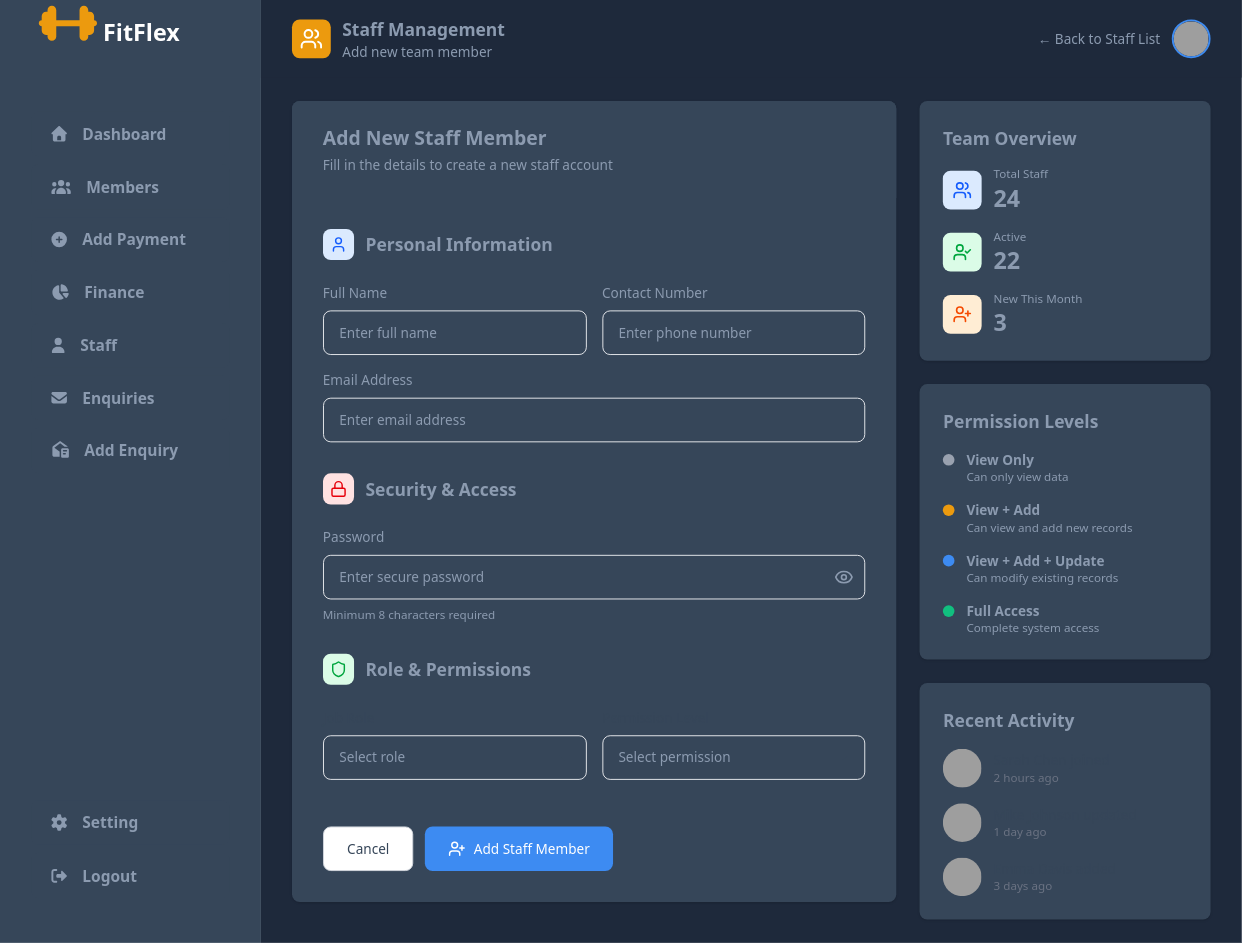
Repository: MuhammadTalhaTaj/gym_management_app_backend
Page: /addstaff (app in frontend/)
These files come from the project's save history. The page is drawn as it stood at one moment and after the next save; the edit follows.
The browser window is 1280 px wide. The pictures show the whole page, at 97% of full size.
Pictures or frames that could not be fetched are drawn as grey boxes. The project was rebuilt for these pictures with package versions that can differ from the ones it lists, and the page was loaded fresh each time. Also part of the build but not shown: frontend/vite.config.ts, frontend/src/assets/styles/AdminHeader.css, frontend/src/Components/AdminHeader.tsx, frontend/src/assets/styles/AdminDashboard.css, frontend/src/hooks/useDashboardData.ts, frontend/src/assets/styles/AdminDashboardStats.css, frontend/src/Components/AdminDashboardStats.tsx, frontend/src/Components/IncomeExpenseChart.tsx and 31 more.

Above is the page before, as saved 2025-11-21 10:47:54.

### frontend/index.html
<!doctype html>
<html lang="en">

<head>
  <meta charset="UTF-8" />
  <link rel="icon" type="image/svg+xml" href="/vite.svg" />
  <meta name="viewport" content="width=device-width, initial-scale=1.0" />
  <title>GymManagement</title>
  <link rel="preconnect" href="https://fonts.googleapis.com" />
  <link rel="preconnect" href="https://fonts.gstatic.com" crossorigin />
  <link rel="stylesheet" href="https://fonts.googleapis.com/css2?family=Roboto:wght@300;400;500;700&display=swap" />

</head>

<body>
  <div id="root"></div>
  <script type="module" src="/src/main.tsx"></script>
</body>

</html>

### frontend/src/index.css
@import "tailwindcss";
:root{
  padding: 0;
  margin: 0;
  box-sizing: border-box;
  --primary-100:#364659;
  --primary-200:#1E293B;
  --primary-300:#8C9BB0;
  --secondary-100: #EC9A0E;
  --secondary-200:#595446;
  --tertiary-100: #F24949;
  --tertiary-100-30: #584252;
  --tertiary-200: #F47117;
  --tertiary-200-30: #5A4B48;
  --tertiary-300: #11BF7F;
  --tertiary-300-30: #2B595E;
  --tertiary-400: #3D8BF2;
  --tertiary-400-30: #344E75;
  --tertiary-500: #94A3B8;
  --tertiary-600: #1E293B;
}
body{
  padding: 0;
  margin: 0;
}
.adminMain{
  display: flex;
  margin: 0;
  justify-content: space-between;
  padding: 0;
  /* border: 2px solid blue; */
}
@media all and (max-width:700px) {
  .adminMain{
    flex-direction: column;
  }
}

### frontend/src/Components/ProtectedRoute.tsx
import React, { useEffect, useState } from "react";
// import { Navigate } from "react-router-dom";
import { apiRequest } from "../config/api";

type Props = {
  children: React.ReactNode;
};

const getStoredToken = (): string | null => {
  return localStorage.getItem("accessToken") || sessionStorage.getItem("accessToken");
};

export default function ProtectedRoute({ children }: Props) {
  const [status, setStatus] = useState<"pending" | "ok" | "unauth">("pending");

  useEffect(() => {
    let mounted = true;

    const token = getStoredToken();
    if (!token) {
      // no token -> immediately unauth
      if (mounted) setStatus("unauth");
      return;
    }

    const validate = async () => {
      try {
        // call backend authenticate endpoint
        const res = await apiRequest<{ success?: boolean; message?: string; userId?: string }>({
          method: "GET",
          endpoint: "/auth/authenticate"
        });

        // backend returns success:true on valid token
        if (mounted && res && (res as any).success === true) {
          setStatus("ok");
        } else {
          // treat missing success flag as unauth
          if (mounted) setStatus("unauth");
        }
      } catch (err) {
        // any error -> unauth
        if (mounted) setStatus("unauth");
      }
    };

    validate();

    return () => { mounted = false; };
  }, []);

  if (status === "pending") {
    // while checking, render nothing (keep UI/layout unchanged)
    return null;
  }

  if (status === "unauth") {
    // clear tokens to ensure clean state, then redirect
    try {
      localStorage.removeItem("accessToken");
      sessionStorage.removeItem("accessToken");
    } catch (e) {
      // ignore
    }
    // return <Navigate to="/login" replace />;
  }

  // auth ok
  return <>{children}</>;
}

### frontend/src/context/AuthContext.tsx
// src/context/AuthContext.tsx (example)
import React, { createContext, useEffect } from "react";
import { onAuthFailure,
  // setAccessToken as storeAccessToken,
   clearTokens } from "../config/auth";
import { useNavigate } from "react-router-dom";

export const AuthContext = createContext<any>(null);

export const AuthProvider: React.FC<{children:any}> = ({ children }) => {
  const navigate = useNavigate();

  useEffect(() => {
    onAuthFailure(() => {
      // clear local tokens and redirect to login
      clearTokens();
      navigate("/login");
    });
  }, [navigate]);

  return <AuthContext.Provider value={{}}>{children}</AuthContext.Provider>;
};

### frontend/src/pages/Admin/AddStaff.tsx
import React, { useState } from 'react';
import { Eye, EyeOff, Users, UserCheck, UserPlus, Shield, User, Lock } from 'lucide-react';

// Data file - export this to a separate file in your project (e.g., staffData.js)
export const staffData = {
  teamOverview: {
    totalStaff: 24,
    activeStaff: 22,
    newThisMonth: 3
  },
  permissionLevels: [
    {
      id: 'view-only',
      name: 'View Only',
      description: 'Can only view data',
      color: 'bg-gray-400'
    },
    {
      id: 'view-add',
      name: 'View + Add',
      description: 'Can view and add new records',
      color: 'bg-[var(--secondary-100)]'
    },
    {
      id: 'view-add-update',
      name: 'View + Add + Update',
      description: 'Can modify existing records',
      color: 'bg-[var(--tertiary-400)]'
    },
    {
      id: 'full-access',
      name: 'Full Access',
      description: 'Complete system access',
      color: 'bg-[var(--tertiary-300)]'
    }
  ],
  recentActivity: [
    {
      id: 1,
      name: 'Sarah Chen',
      action: 'joined',
      time: '2 hours ago',
      avatar: 'https://i.pravatar.cc/150?img=1'
    },
    {
      id: 2,
      name: 'Mike Johnson',
      action: 'updated',
      time: '1 day ago',
      avatar: 'https://i.pravatar.cc/150?img=2'
    },
    {
      id: 3,
      name: 'Emma Davis',
      action: 'added',
      time: '3 days ago',
      avatar: 'https://i.pravatar.cc/150?img=3'
    }
  ],
  jobRoles: [
    'Select role',
    'Administrator',
    'Manager',
    'Developer',
    'Designer',
    'Analyst',
    'Support Staff'
  ],
  permissions: [
    'Select permission',
    'View Only',
    'View + Add',
    'View + Add + Update',
    'Full Access'
  ]
};

// Reusable Components
const Card = ({ children, className = '' }) => (
  <div className={`bg-[var(--primary-100)] rounded-lg shadow-sm ${className}`}>
    {children}
  </div>
);

const Input = ({ label, placeholder, type = 'text', value, onChange, showPasswordToggle, onTogglePassword, showPassword, helperText }) => (
  <div className="flex flex-col gap-2 ">
    {label && (
      <label className="text-sm font-medium text-[var(--primary-300)]">
        {label}
      </label>
    )}
    <div className="relative">
      <input
        type={type}
        placeholder={placeholder}
        value={value}
        onChange={onChange}
        className="w-full px-4 py-3 bg-[var(--primary-100)] border border-gray-200 rounded-lg text-sm text-[var(--primary-300)] placeholder-[var(--primary-300)] focus:outline-none focus:ring-2 focus:ring-[var(--tertiary-400)] focus:border-transparent transition-all"
      />
      {showPasswordToggle && (
        <button
          type="button"
          onClick={onTogglePassword}
          className="absolute right-3 top-1/2 -translate-y-1/2 text-[var(--primary-300)] hover:text-[var(--primary-100)] transition-colors"
        >
          {showPassword ? <EyeOff size={20} /> : <Eye size={20} />}
        </button>
      )}
    </div>
    {helperText && (
      <span className="text-xs text-[var(--primary-300)]">{helperText}</span>
    )}
  </div>
);

const Select = ({ label, options, value, onChange }) => (
  <div className="flex flex-col gap-2">
    {label && (
      <label className="text-sm font-medium text-[var(--primary-100)]">
        {label}
      </label>
    )}
    <select
      value={value}
      onChange={onChange}
      className="w-full px-4 py-3 bg-[var(--primary-100)] border border-gray-200 rounded-lg text-sm text-[var(--primary-300)] focus:outline-none focus:ring-2 focus:ring-[var(--tertiary-400)] focus:border-transparent transition-all appearance-none cursor-pointer"
      style={{
        backgroundImage: `url("data:[embedded picture, 161 characters]")`,
        backgroundRepeat: 'no-repeat',
        backgroundPosition: 'right 1rem center'
      }}
    >
      {options.map((option, index) => (
        <option key={index} value={option}>
          {option}
        </option>
      ))}
    </select>
  </div>
);

const Button = ({ children, variant = 'primary', onClick, icon: Icon }) => {
  const variants = {
    primary: 'bg-[var(--tertiary-400)] hover:bg-[var(--tertiary-400)]/90 text-white',
    secondary: 'bg-white hover:bg-gray-50 text-[var(--primary-100)] border border-gray-300'
  };

  return (
    <button
      onClick={onClick}
      className={`px-6 py-3 rounded-lg font-medium text-sm transition-all flex items-center justify-center gap-2 ${variants[variant]}`}
    >
      {Icon && <Icon size={18} />}
      {children}
    </button>
  );
};

const StatsCard = ({ icon: Icon, label, value, iconBg, iconColor }) => (
  <div className="flex items-center gap-3">
    <div className={`w-10 h-10 rounded-lg ${iconBg} flex items-center justify-center`}>
      <Icon size={20} className={iconColor} />
    </div>
    <div>
      <p className="text-xs text-[var(--primary-300)]">{label}</p>
      <p className="text-2xl font-bold text-[var(--primary-300)]">{value}</p>
    </div>
  </div>
);

const ActivityItem = ({ activity }) => (
  <div className="flex items-center gap-3">
    <img
      src={activity.avatar}
      alt={activity.name}
      className="w-10 h-10 rounded-full object-cover"
    />
    <div className="flex-1">
      <p className="text-sm font-medium text-[var(--primary-100)]">
        {activity.name} {activity.action}
      </p>
      <p className="text-xs text-gray-500">{activity.time}</p>
    </div>
  </div>
);

const PermissionItem = ({ permission }) => (
  <div className="flex items-start gap-3">
    <div className={`w-3 h-3 rounded-full ${permission.color} mt-1`}></div>
    <div className="flex-1">
      <p className="text-sm font-semibold text-[var(--primary-300)]">{permission.name}</p>
      <p className="text-xs text-[var(--primary-300)]">{permission.description}</p>
    </div>
  </div>
);

const SectionHeader = ({ icon: Icon, title, iconBg, iconColor }) => (
  <div className="flex items-center gap-3 mb-6">
    <div className={`w-8 h-8 rounded-lg ${iconBg} flex items-center justify-center`}>
      <Icon size={18} className={iconColor} />
    </div>
    <h3 className="text-lg font-semibold text-[var(--primary-300)]">{title}</h3>
  </div>
);

// Main Component
const AddStaff = () => {
  const [formData, setFormData] = useState({
    fullName: '',
    contactNumber: '',
    email: '',
    password: '',
    jobRole: staffData.jobRoles[0],
    permission: staffData.permissions[0]
  });

  const [showPassword, setShowPassword] = useState(false);

  const handleInputChange = (field) => (e) => {
    setFormData(prev => ({ ...prev, [field]: e.target.value }));
  };

  const handleSubmit = () => {
    console.log('Form submitted:', formData);
    // Add your form submission logic here
  };

  const handleCancel = () => {
    setFormData({
      fullName: '',
      contactNumber: '',
      email: '',
      password: '',
      jobRole: staffData.jobRoles[0],
      permission: staffData.permissions[0]
    });
  };

  return (
    <div className="min-h-screen w-full bg-[var(--primary-200)]">
      {/* Header */}
      <header className="bg-[var(--primary-200)] text-white px-4 sm:px-6 lg:px-8 py-4">
        <div className="max-w-7xl mx-auto flex items-center justify-between">
          <div className="flex items-center gap-3">
            <div className="w-10 h-10 bg-[var(--secondary-100)] rounded-lg flex items-center justify-center">
              <Users size={24} />
            </div>
            <div>
              <h1 className="text-lg font-semibold text-[var(--primary-300)]">Staff Management</h1>
              <p className="text-sm text-[var(--primary-300)]">Add new team member</p>
            </div>
          </div>
          <div className="flex items-center gap-3">
            <button className="flex items-center text-[var(--primary-300)] gap-2 text-sm hover:text-gray-300 transition-colors">
              <span className="hidden sm:inline">← Back to Staff List</span>
              <span className="sm:hidden">← Back</span>
            </button>
            <img
              src="https://i.pravatar.cc/150?img=5"
              alt="User"
              className="w-10 h-10 rounded-full object-cover border-2 border-[var(--tertiary-400)]"
            />
          </div>
        </div>
      </header>

      {/* Main Content */}
      <main className="max-w-7xl mx-auto px-4 sm:px-6 lg:px-8 py-6">
        <div className="grid grid-cols-1 lg:grid-cols-3 gap-6">
          {/* Left Column - Form */}
          <div className="lg:col-span-2">
            <Card className="p-6 sm:p-8">
              {/* Form Header */}
              <div className="bg-[var(--primary-100)] text-[var(--primary-300)] -mx-6 sm:-mx-8 -mt-6 sm:-mt-8 px-6 sm:px-8 py-6 rounded-t-lg mb-8">
                <h2 className="text-xl font-bold mb-1">Add New Staff Member</h2>
                <p className="text-sm text-[var(--primary-300)]">Fill in the details to create a new staff account</p>
              </div>

              <div className="space-y-8">
                {/* Personal Information */}
                <div>
                  <SectionHeader
                    icon={User}
                    title="Personal Information"
                    iconBg="bg-blue-100"
                    iconColor="text-blue-600"
                  />
                  <div className="grid grid-cols-1 md:grid-cols-2 gap-4">
                    <Input
                      label="Full Name"
                      placeholder="Enter full name"
                      value={formData.fullName}
                      onChange={handleInputChange('fullName')}
                    />
                    <Input
                      label="Contact Number"
                      placeholder="Enter phone number"
                      type="tel"
                      value={formData.contactNumber}
                      onChange={handleInputChange('contactNumber')}
                    />
                  </div>
                  <div className="mt-4">
                    <Input
                      label="Email Address"
                      placeholder="Enter email address"
                      type="email"
                      value={formData.email}
                      onChange={handleInputChange('email')}
                    />
                  </div>
                </div>

                {/* Security & Access */}
                <div>
                  <SectionHeader
                    icon={Lock}
                    title="Security & Access"
                    iconBg="bg-red-100"
                    iconColor="text-red-600"
                  />
                  <Input
                    label="Password"
                    placeholder="Enter secure password"
                    type={showPassword ? 'text' : 'password'}
                    value={formData.password}
                    onChange={handleInputChange('password')}
                    showPasswordToggle
                    onTogglePassword={() => setShowPassword(!showPassword)}
                    showPassword={showPassword}
                    helperText="Minimum 8 characters required"
                  />
                </div>

                {/* Role & Permissions */}
                <div>
                  <SectionHeader
                    icon={Shield}
                    title="Role & Permissions"
                    iconBg="bg-green-100"
                    iconColor="text-green-600"
                  />
                  <div className="grid grid-cols-1 md:grid-cols-2 gap-4">
                    <Select
                      label="Job Role"
                      options={staffData.jobRoles}
                      value={formData.jobRole}
                      onChange={handleInputChange('jobRole')}
                    />
                    <Select
                      label="Permission Level"
                      options={staffData.permissions}
                      value={formData.permission}
                      onChange={handleInputChange('permission')}
                    />
                  </div>
                </div>

                {/* Action Buttons */}
                <div className="flex flex-col sm:flex-row gap-3 pt-4">
                  <Button variant="secondary" onClick={handleCancel}>
                    Cancel
                  </Button>
                  <Button variant="primary" onClick={handleSubmit} icon={UserPlus}>
                    Add Staff Member
                  </Button>
                </div>
              </div>
            </Card>
          </div>

          {/* Right Column - Sidebar */}
          <div className="space-y-6">
            {/* Team Overview */}
            <Card className="p-6">
              <h3 className="text-lg font-semibold text-[var(--primary-300)] mb-4">Team Overview</h3>
              <div className="space-y-4">
                <StatsCard
                  icon={Users}
                  label="Total Staff"
                  value={staffData.teamOverview.totalStaff}
                  iconBg="bg-blue-100"
                  iconColor="text-blue-600"
                />
                <StatsCard
                  icon={UserCheck}
                  label="Active"
                  value={staffData.teamOverview.activeStaff}
                  iconBg="bg-green-100"
                  iconColor="text-green-600"
                />
                <StatsCard
                  icon={UserPlus}
                  label="New This Month"
                  value={staffData.teamOverview.newThisMonth}
                  iconBg="bg-orange-100"
                  iconColor="text-orange-600"
                />
              </div>
            </Card>

            {/* Permission Levels */}
            <Card className="p-6">
              <h3 className="text-lg font-semibold text-[var(--primary-300)] mb-4">Permission Levels</h3>
              <div className="space-y-4">
                {staffData.permissionLevels.map(permission => (
                  <PermissionItem key={permission.id} permission={permission} />
                ))}
              </div>
            </Card>

            {/* Recent Activity */}
            <Card className="p-6">
              <h3 className="text-lg font-semibold text-[var(--primary-300)] mb-4">Recent Activity</h3>
              <div className="space-y-4">
                {staffData.recentActivity.map(activity => (
                  <ActivityItem key={activity.id} activity={activity} />
                ))}
              </div>
            </Card>
          </div>
        </div>
      </main>
    </div>
  );
};

export default AddStaff;

### frontend/src/config/auth.ts
// src/config/auth.ts
const ACCESS_TOKEN_KEY = "accessToken";

/**
 * Read access token (prefers localStorage, fallbacks to sessionStorage)
 */
export function readAccessToken(): string | null {
  return localStorage.getItem(ACCESS_TOKEN_KEY) || sessionStorage.getItem(ACCESS_TOKEN_KEY);
}

/**
 * Store access token.
 * If `persist` true -> save to localStorage, otherwise sessionStorage.
 */
export function setAccessToken(token: string | null, persist = true) {
  if (!token) {
    localStorage.removeItem(ACCESS_TOKEN_KEY);
    sessionStorage.removeItem(ACCESS_TOKEN_KEY);
    return;
  }
  if (persist) {
    localStorage.setItem(ACCESS_TOKEN_KEY, token);
    sessionStorage.removeItem(ACCESS_TOKEN_KEY);
  } else {
    sessionStorage.setItem(ACCESS_TOKEN_KEY, token);
    localStorage.removeItem(ACCESS_TOKEN_KEY);
  }
}

/**
 * Clear tokens
 */
export function clearTokens() {
  localStorage.removeItem(ACCESS_TOKEN_KEY);
  sessionStorage.removeItem(ACCESS_TOKEN_KEY);
}

/**
 * Call refresh endpoint to obtain a fresh access token.
 * Note: This request includes credentials because your backend may store refresh token in an httpOnly cookie.
 */
let AUTH_BASE_URL = (import.meta.env.VITE_API_URL || "http://localhost:4000").replace(/\/$/, "");

export async function refreshAccessToken(): Promise<string> {
  const url = `${AUTH_BASE_URL}/auth/refreshToken`;

  const res = await fetch(url, {
    method: "POST",
    // include cookies to allow the server to find httpOnly refresh cookie
    credentials: "include",
    headers: {
      "Content-Type": "application/json"
    },
    // no body needed because your server reads cookie/header
  });

  // If server returns non-JSON or non-ok, try to parse but handle gracefully
  let data: any = {};
  try {
    data = await res.json();
  } catch (e) {
    // ignore parse error
  }

  if (!res.ok) {
    // throw useful error with body message if present
    const message = data?.message || `Failed to refresh access token (status ${res.status})`;
    throw new Error(message);
  }

  if (!data?.accessToken) {
    throw new Error("Refresh succeeded but no accessToken returned");
  }

  // store returned token (persist behavior up to you; default persist)
  setAccessToken(data.accessToken, true);
  return data.accessToken;
}

/**
 * App-level callback when refresh fails (e.g., redirect to /login)
 */
let authFailureHandler: (() => void) | null = null;
export function onAuthFailure(handler: () => void) {
  authFailureHandler = handler;
}
export function callAuthFailureHandler() {
  if (typeof authFailureHandler === "function") authFailureHandler();
}

Loaded but not shown: frontend/src/main.tsx (common file); frontend/src/Components/AdminSidebar.tsx (181 lines, source omitted); frontend/src/config/api.ts (123 lines, source omitted); frontend/src/App.tsx (71 lines, source omitted); frontend/src/assets/styles/AdminSidebar.css (138 lines, source omitted)

After the next save:
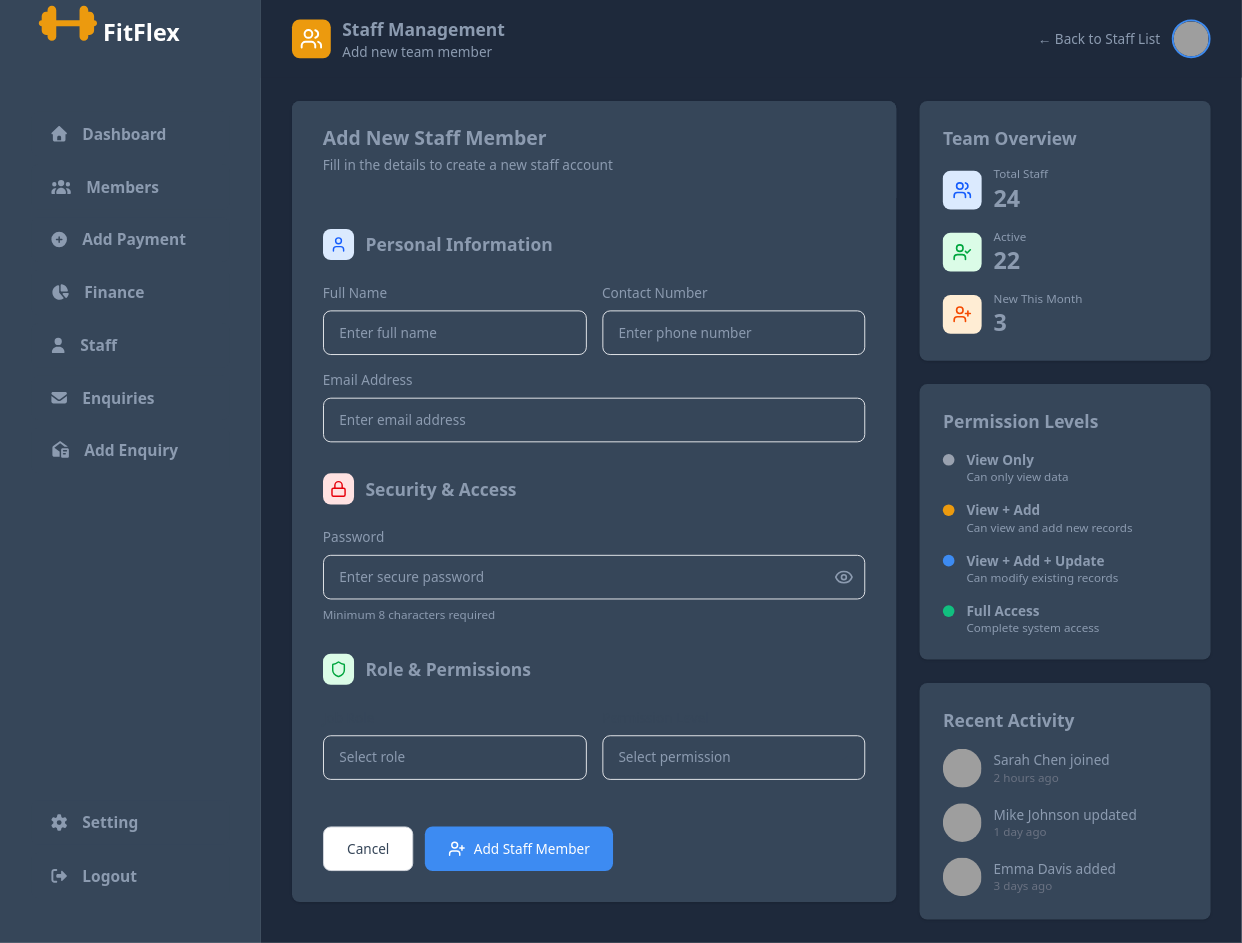
Saved 6 s later.
--- a/frontend/src/pages/Admin/AddStaff.tsx
+++ b/frontend/src/pages/Admin/AddStaff.tsx
@@ -176,7 +176,7 @@ const ActivityItem = ({ activity }) => (
       className="w-10 h-10 rounded-full object-cover"
     />
     <div className="flex-1">
-      <p className="text-sm font-medium text-[var(--primary-100)]">
+      <p className="text-sm font-medium text-[var(--primary-300)]">
         {activity.name} {activity.action}
       </p>
       <p className="text-xs text-gray-500">{activity.time}</p>
